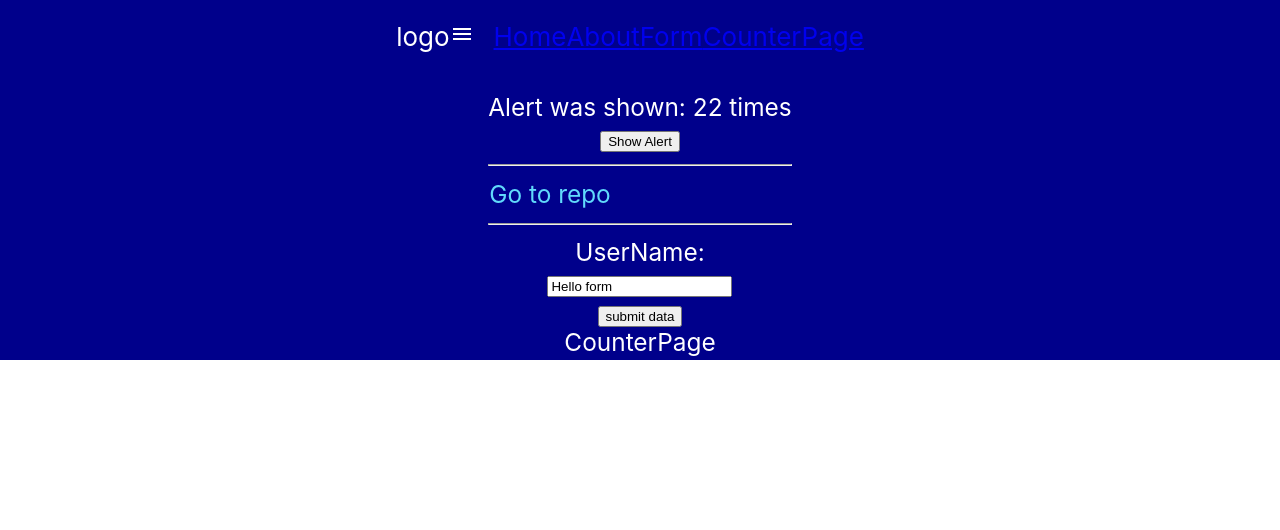
Repository: OutcomerTom/my-app
Page: /CounterPage
The author's editor kept a copy of each file at every save. The page is drawn from the files as they stood at one save, then again after a run of saves.
The browser window is 1280 px wide. The pictures show the whole page.
The project was rebuilt for these pictures with package versions that can differ from the ones it lists, and the page was loaded fresh each time.

Above is the page before, as saved 2022-05-30 23:15:37.

After the next 5 saves:
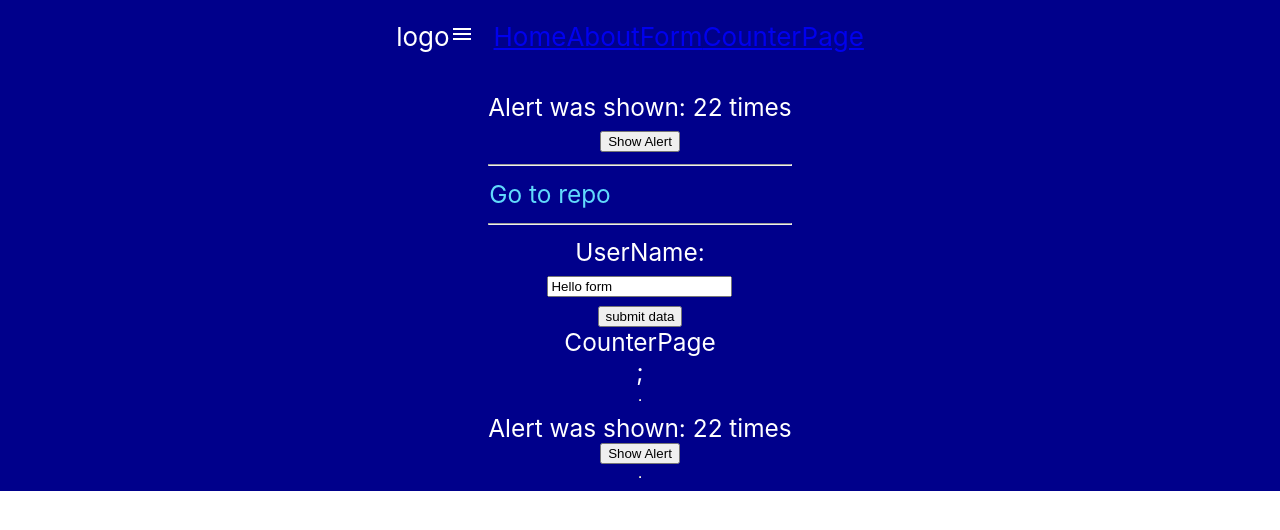
The 5 saves are shown as one change because 4 did not build or start.
The last was saved 16 min 53 s later.
--- a/src/Counter/CounterPage.tsx
+++ b/src/Counter/CounterPage.tsx
@@ -1,3 +1,23 @@
+import React, { useState, useEffect } from "react";
+
 export const CounterPage = () => {
-  return <div>CounterPage</div>;
+  const [counter, setCounter] = useState<number>(0);
+
+  const handleShowAlert = (value: number): void => {
+    alert("Helllo react");
+    setCounter(counter + 1);
+  };
+  useEffect(() => {
+    setCounter(22);
+  }, []);
+
+  return (
+    <>
+      <div>CounterPage</div>;
+      <hr />
+      <div>{`Alert was shown: ${counter} times`}</div>
+      <button onClick={() => handleShowAlert(22)}>Show Alert</button>
+      <hr />
+    </>
+  );
 };
